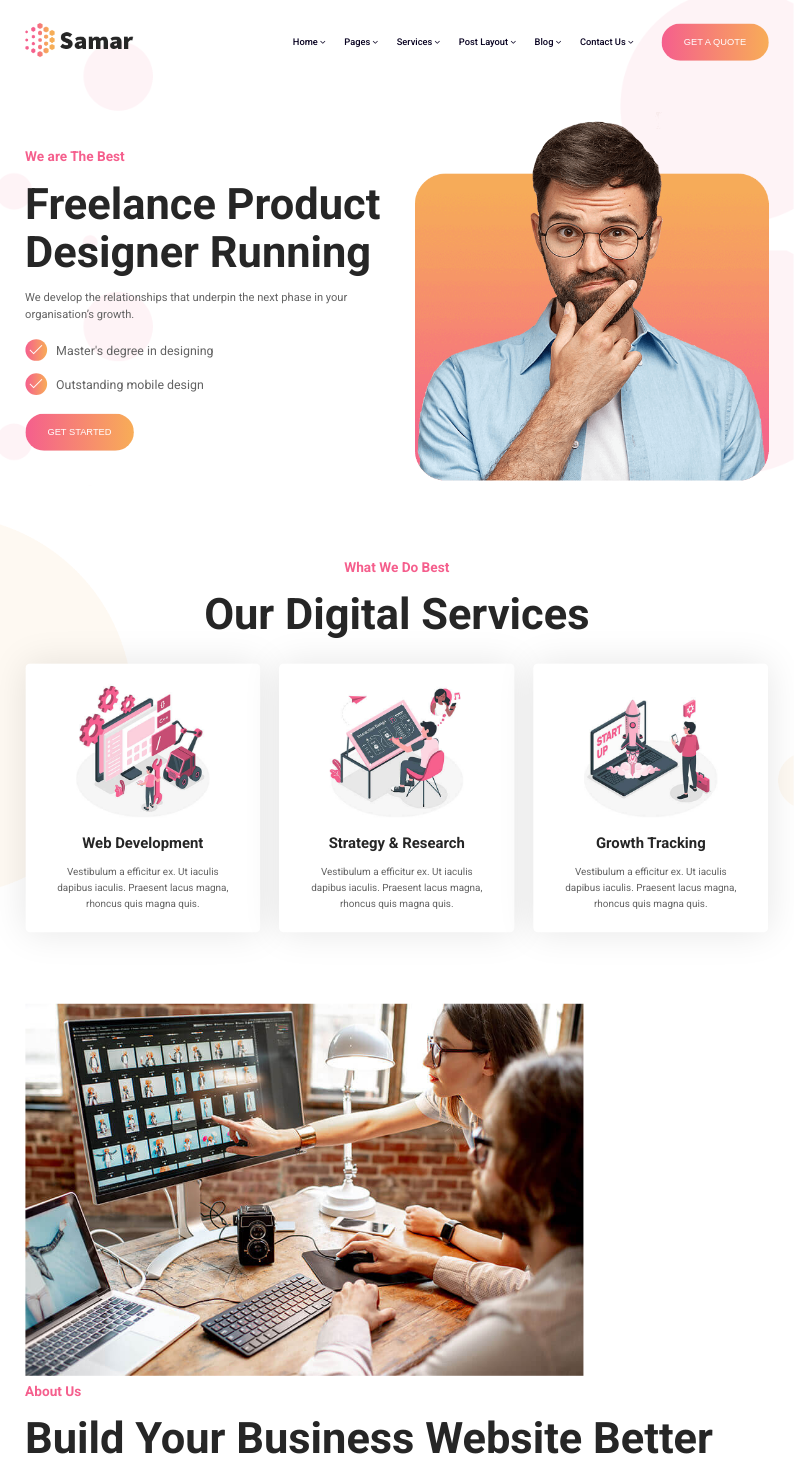
Repository: ducdatit2002/samar
Page: index.html
The author's editor kept a copy of each file at every save. The page is drawn from the files as they stood at one save, then again after the next save.
The browser window is 1280 px wide. The pictures show the whole page, at 62% of full size.

Above is the page before, as saved 2023-07-26 23:56:35.

After the next save:
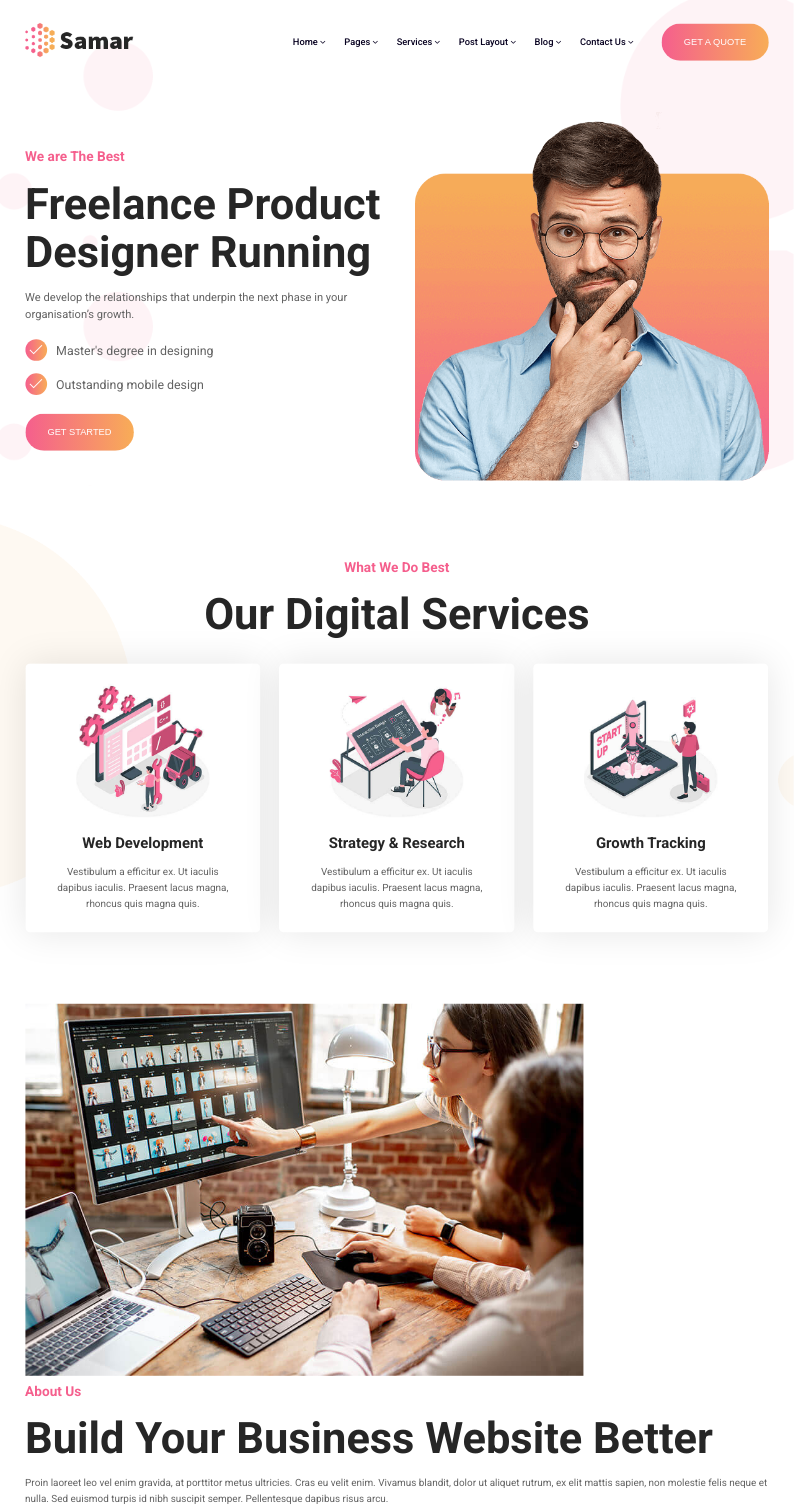
Saved 7 s later.
--- a/index.html
+++ b/index.html
@@ -161,7 +161,7 @@
               <h2>Build Your Business Website Better</h2>
             </div>
             <p>
-
+              Proin laoreet leo vel enim gravida, at porttitor metus ultricies. Cras eu velit enim. Vivamus blandit, dolor ut aliquet rutrum, ex elit mattis sapien, non molestie felis neque et nulla. Sed euismod turpis id nibh suscipit semper. Pellentesque dapibus risus arcu.
             </p>
           </div>
         </div>
